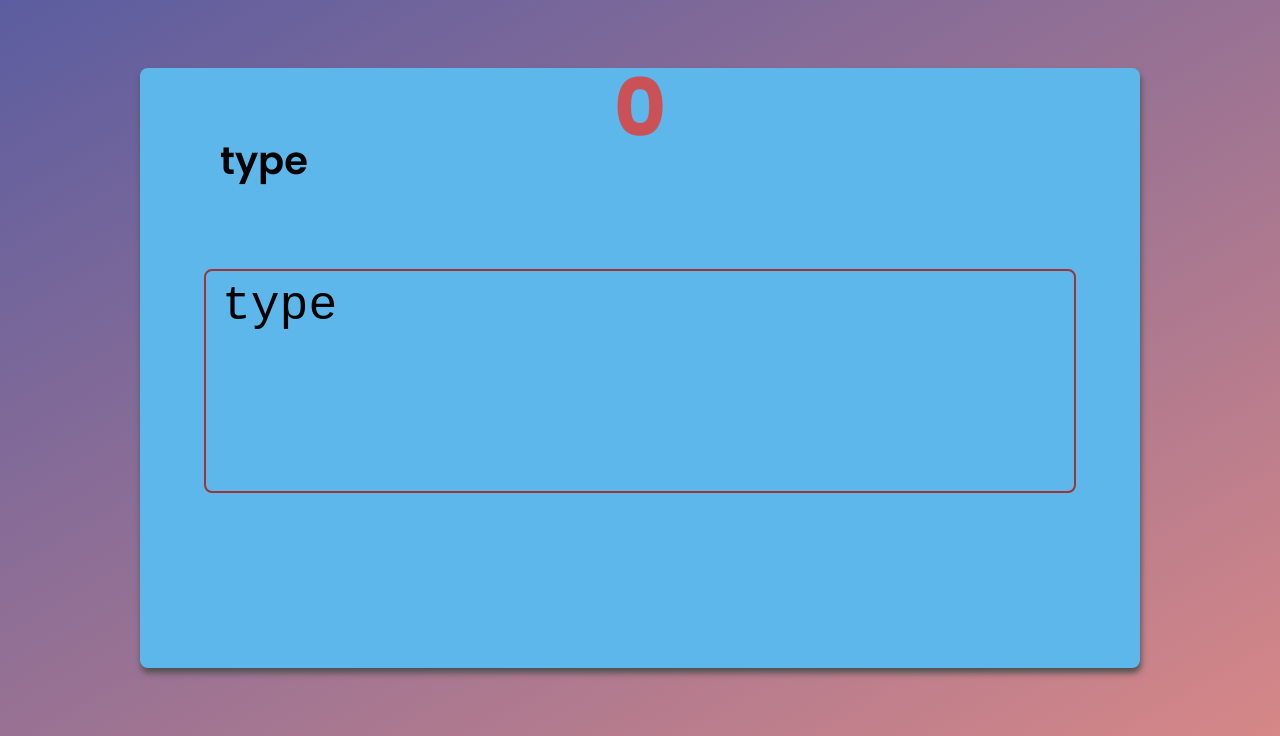
Repository: MitukiTakada/Typing-App
Page: index.html
The author's editor kept a copy of each file at every save. The page is drawn from the files as they stood at one save, then again after a run of saves.
The browser window is 1280 px wide. The pictures show the whole page.
Some web fonts or font styles are not loaded; a fallback is used.

Above is the page before, as saved 2022-06-30 16:49:21.

After the next 2 saves:
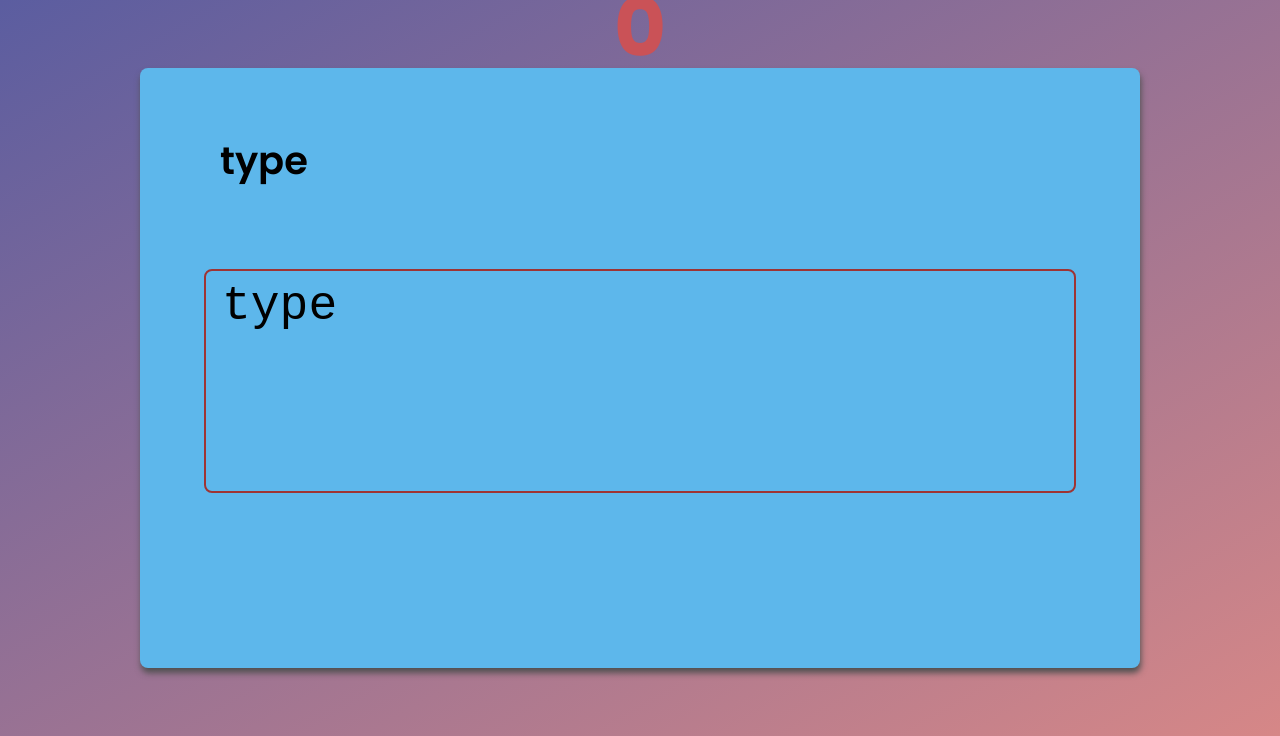
The 2 saves are shown as one change because they came seconds apart.
The last was saved 12 s later.
--- a/style.css
+++ b/style.css
@@ -37,7 +37,7 @@ body {
 
 .timer {
   position: absolute;
-  top: 3rem;
+  top: -2rem;
   font-size: 5rem;
   font-weight: bold;
   color: rgb(202, 82, 87);
